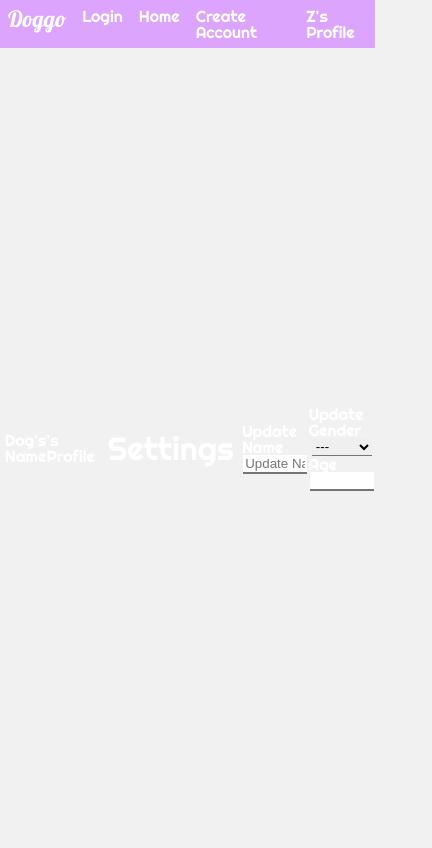
Repository: rh1456/capstone
Page: /5
These files come from the project's save history. The page is drawn as it stood at one moment and after the next save; the edit follows.
The browser window is 375 px wide. The page is 432 px wide, so the pictures cover 432 px, including what lies to the right of the window. The pictures show the whole page.
Some web libraries are served in a nearby version. The project was rebuilt for these pictures with package versions that can differ from the ones it lists, and the page was loaded fresh each time. Also part of the build but not shown: src/pages/MainPage.jsx, src/pages/CreateAccount.jsx, src/pages/DoggoLandingPage.jsx, src/pages/DogProfile.jsx, src/pages/PlayDateForm.jsx.

Above is the page before, as saved 2020-01-11 17:47:49.

### public/index.html
<!DOCTYPE html>
<html lang="en">
  <head>
    <meta charset="utf-8" />
    <link rel="shortcut icon" href="%PUBLIC_URL%/favicon.ico" />
    <meta
      name="viewport"
      content="width=device-width, initial-scale=1, shrink-to-fit=no"
    />
    <meta name="theme-color" content="#000000" />
    <!--
      manifest.json provides metadata used when your web app is added to the
      homescreen on Android. See https://developers.google.com/web/fundamentals/web-app-manifest/
    -->
    <link rel="manifest" href="%PUBLIC_URL%/manifest.json" />
    <!--
      Notice the use of %PUBLIC_URL% in the tags above.
      It will be replaced with the URL of the `public` folder during the build.
      Only files inside the `public` folder can be referenced from the HTML.

      Unlike "/favicon.ico" or "favicon.ico", "%PUBLIC_URL%/favicon.ico" will
      work correctly both with client-side routing and a non-root public URL.
      Learn how to configure a non-root public URL by running `npm run build`.
    -->
    <link
      href="https://fonts.googleapis.com/css?family=Pacifico|Permanent+Marker|Righteous|Roboto&display=swap"
      rel="stylesheet"
    />
    <link
      href="https://fonts.googleapis.com/css?family=Lobster&display=swap"
      rel="stylesheet"
    />
    <script
      src="https://kit.fontawesome.com/d7373701d1.js"
      crossorigin="anonymous"
    ></script>
    <title>Capstone</title>
  </head>
  <body>
    <noscript>
      You need to enable JavaScript to run this app.
    </noscript>
    <div id="root"></div>
    <!--
      This HTML file is a template.
      If you open it directly in the browser, you will see an empty page.

      You can add webfonts, meta tags, or analytics to this file.
      The build step will place the bundled scripts into the <body> tag.

      To begin the development, run `npm start` or `yarn start`.
      To create a production bundle, use `npm run build` or `yarn build`.
    -->
  </body>
</html>

### src/index.js
import React from 'react'
import ReactDOM from 'react-dom'
import './index.css'
// import './styles.scss'
import App from './App'

ReactDOM.render(<App />, document.getElementById('root'))

### src/index.css
@media (min-width: 320px) and (max-width: 480px) {
  :root {
    font: 16px / 1 sans-serif;
  }

  html {
    height: 100%;
  }
  body {
    margin: 0;
    min-height: 100%;
    background-color: #f1f1f1;
    font-family: 'Righteous', cursive;
  }
  .nav-bar-ul {
    display: flex;
    flex-direction: row;
    justify-content: space-between;
    margin: 0;
    height: 3rem;
    background-color: #dca4fc;
    padding: 0;
  }
  .main-nav-li {
    list-style: none;
    padding: 0.5rem;
    color: white;
  }
  .nav-logo {
    font-size: 1.4rem;
    font-family: 'Lobster', cursive;
  }
  .Nav-link {
    color: white;
    text-decoration: none;
  }
  /* Dog profile Stylings */
  .dog-profile-image {
    display: flex;
    justify-content: center;
    /* border-bottom: solid lightgrey; */
  }
  .before-div {
    border: solid black;
    display: block;
    height: 18px;
    border-radius: 50% 50% 0 0;

    bottom: calc(100% - 10px);
    right: -5px;
    left: -5px;
    background-color: blue;
  }
  .profile-image {
    height: 12rem;
    width: 8rem;
    margin: 0;
    border-radius: 8px;
    margin: 0.7rem;
  }
  .profile-about {
    display: flex;
    flex-direction: column;
    height: 5rem;
    font-size: 0.7rem;
  }
  .profile-about h1 {
    align-self: center;
  }
  .profile-about span {
    align-self: center;
    padding: 0.1rem;
  }
  .in-between {
    border-top: solid lightgrey;
    border-bottom: solid lightgrey;
    height: 3rem;
    display: flex;
    justify-content: center;
  }
  .main-about {
    border-bottom: solid lightgrey;
  }
  .profile-logo {
    margin: 0.5rem;
    height: 2rem;
    width: auto;
  }
  .meet {
    display: flex;
    flex-direction: column;
  }
  .meet h1 {
    align-self: center;
  }
  .meet p {
    padding: 1rem;
    font-size: 0.9rem;
    align-self: center;
  }
  .small-pro-pic {
    align-self: center;
    height: 4rem;
    width: auto;
    border: 2px solid black;
    border-radius: 50%;
    margin-top: 0.8rem;
  }
  .match-button {
    align-self: center;
    background-color: purple;
    height: 1.8rem;
    width: 8rem;
    border-radius: 25px;
    border: 3px solid black;
    color: white;
  }
  .playdate-link {
    color: white;
    text-decoration: none;
  }

  /* Dog Landing Stylings */
  .doggo-landing-body {
    margin: 0;
    min-height: 100%;
    background-color: #f1f1f1;
    font-family: 'Righteous', cursive;
  }
  .landing-page-logo {
    display: flex;
    justify-content: center;
    align-content: center;
    flex-direction: column;
  }
  .doggo-logo {
    height: 180px;
    width: 238px;
    align-self: center;
  }
  .doggo-text-section {
    padding-top: 2rem;
    padding-bottom: 2rem;
  }
  .doggo-text {
    display: flex;
    justify-content: center;
    align-content: center;
    font-size: 2rem;
    font-family: 'Lobster', cursive;
  }

  .landing-button {
    display: flex;
    justify-content: center;
    align-content: center;
  }
  .create-account {
    background-color: purple;
    height: 3rem;
    width: 15rem;
    border-radius: 25px;
    border: 3px solid black;
    color: white;
    font-family: 'Roboto', sans-serif;
  }
  .create-account-link {
    color: white;
    text-decoration: none;
    font-style: bold;
  }
  .existing-users {
    display: flex;
    padding-top: 3rem;
    justify-content: center;
    align-content: center;
  }
  /* Create Account Stylings */
  .create-account-div {
    display: flex;
    flex-direction: column;
    font-size: 2rem;
  }
  .submit-account {
    margin-top: 1rem;
    align-self: center;
    background-color: purple;
    height: 1.8rem;
    width: 8rem;
    border-radius: 25px;
    border: 3px solid black;
    color: white;
  }
  .existing-users-link {
    font-style: italic;
    text-decoration: none;
  }

  /* Newsfeed Stylings */
  .h1-container {
    display: flex;
    justify-content: center;
    font-size: 0.8rem;
    color: purple;
    height: 1rem;
    font-family: 'Lobster', cursive;
  }
  .newsfeed-header {
    display: flex;
    flex-direction: row;
    flex-wrap: nowrap;
    align-items: stretch;
    overflow-x: auto;
    overflow-y: hidden;
    border-bottom: solid lightgrey;
    height: 8rem;
  }
  .friend-card {
    border: solid black;
    align-self: center;
    margin: 1rem 3rem;
    padding-left: 0.8rem;
    padding-right: 0.8rem;
    border-radius: 0.5rem;
    flex-basis: 33.33%;
    flex-grow: 0;
    flex-shrink: 0;
    height: 4.7rem;
    /* width: 1rem; */
  }

  .welcome-user-message {
    display: flex;
    justify-content: center;
    font-size: 0.7rem;
    border-bottom: solid lightgrey;
  }
  .newsfeed-parent {
    display: flex;
    /* align-items: center; */
    flex-direction: column;
    margin: 1rem;
  }
  .newsfeed {
    /* align-items: stretch; */
    /* display: flex;
    flex-direction: column;
    flex-wrap: nowrap; */
    /* display: flex;
    justify-content: center; */
    width: 300px;
    height: 500px;
    overflow-y: scroll;
    overflow-x: hidden;
  }
  .card {
    max-width: 33.33%;
    padding: 0.75rem;
    margin-bottom: 2rem;
    border: 0;
    /* flex-basis: 33.33%;
    flex-grow: 0;
    flex-shrink: 0; */
  }
  .newsfeed-nav-ul {
    display: flex;
    flex-direction: row;
    font-size: smaller;
    font-style: italic;
    margin: 0rem;
    height: 2rem;
  }
  .newsfeed-nav-li {
    list-style: none;
    margin: 0;
    padding: 1rem;
  }
  .settings-link {
    text-decoration: none;
    color: black;
  }
  .mapbox {
    align-self: center;
    border: solid black;
    height: 6rem;
    width: 6rem;
  }
  /* Playdate form stylings  */

  .playdate-header {
    display: flex;
    justify-content: center;
    margin: 1.5rem;
  }
  .playdate-main {
    display: flex;
    flex-direction: column;
  }
  .playdate-input {
    align-self: center;
    margin: 0.5rem;
  }
  .form-date-submit-button {
    margin-top: 1rem;
    align-self: center;
    background-color: purple;
    height: 1.8rem;
    width: 8rem;
    border-radius: 25px;
    border: 3px solid black;
    color: white;
  }
  /* //Profile setting styling// */

  *,
  *::after,
  *::before {
    margin: 0;
    padding: 0;
    box-sizing: inherit;
    font-size: 62, 5%;
  }

  .setting-header {
    display: flex;

    padding: 0.3rem;
  }
  .settings-p {
    display: flex;
    padding: 0.5rem;
    font-size: 2rem;
  }
  .profile-settings-container {
    height: 100vh;
    width: 100%;
    display: flex;
    justify-content: center;
    align-items: center;
    height: 100vh;
    color: #fff;
  }
  .update-label {
    font-size: 1.2rem;
    margin-left: 2rem;
    margin-top: 0.7rem;
    display: block;
    transition: all 0.3s;
    transform: translateY(0rem);
  }
  .basic-slide {
    color: #333;
    font-size: 1.2rem;
    margin: 0 auto;
    padding: 1.5rem 2rem;
    border-radius: 0.2rem;
    background-color: rgb(255, 255, 255);
    border: none;
    width: 90%;
    display: block;
    border-bottom: 0.3rem solid transparent;
    transition: all 0.3s;
  }
}

/* End of mobile query  */

:root {
  font: 16px / 1 sans-serif;
}

html {
  height: 100%;
}
body {
  margin: 0;
  min-height: 100%;
  background-color: #f1f1f1;
  font-family: 'Righteous', cursive;
}
.nav-bar-ul {
  display: flex;
  flex-direction: row;
  justify-content: space-between;
  margin: 0;
  height: 3rem;
  background-color: #dca4fc;
  padding: 0;
}
.main-nav-li {
  list-style: none;
  padding: 0.5rem;
  color: white;
}
.nav-logo {
  padding: 0.5rem;
  color: white;
  font-size: 1.4rem;
  font-family: 'Lobster', cursive;
}
.Nav-link {
  color: white;
  text-decoration: none;
}
/* Dog profile Stylings */
.dog-profile-image {
  display: flex;
  justify-content: center;
  /* border-bottom: solid lightgrey; */
}
.before-div {
  border: solid black;
  display: block;
  height: 18px;
  border-radius: 50% 50% 0 0;

  bottom: calc(100% - 10px);
  right: -5px;
  left: -5px;
  background-color: blue;
}
.profile-image {
  height: 12rem;
  width: 8rem;
  margin: 0;
  border-radius: 8px;
  margin: 0.7rem;
}
.profile-about {
  display: flex;
  flex-direction: column;
  height: 5rem;
  font-size: 0.7rem;
}
.profile-about h1 {
  align-self: center;
}
.profile-about span {
  align-self: center;
  padding: 0.1rem;
}
.in-between {
  border-top: solid lightgrey;
  border-bottom: solid lightgrey;
  height: 3rem;
  display: flex;
  justify-content: center;
}
.main-about {
  border-bottom: solid lightgrey;
}
.profile-logo {
  margin: 0.5rem;
  height: 2rem;
  width: auto;
}
.meet {
  display: flex;
  flex-direction: column;
}
.meet h1 {
  align-self: center;
}
.meet p {
  padding: 1rem;
  font-size: 0.9rem;
  align-self: center;
}
.small-pro-pic {
  align-self: center;
  height: 4rem;
  width: auto;
  border: 2px solid black;
  border-radius: 50%;
  margin-top: 0.8rem;
}
.match-button {
  align-self: center;
  background-color: purple;
  height: 1.8rem;
  width: 8rem;
  border-radius: 25px;
  border: 3px solid black;
  color: white;
}

/* Dog Landing Stylings */
.doggo-landing-body {
  margin: 0;
  min-height: 100%;
  background-color: #f1f1f1;
  font-family: 'Righteous', cursive;
}
.landing-page-logo {
  display: flex;
  justify-content: center;
  align-content: center;
  flex-direction: column;
}
.doggo-logo {
  height: 180px;
  width: 238px;
  align-self: center;
}
.doggo-text-section {
  padding-top: 2rem;
  padding-bottom: 2rem;
}
.doggo-text {
  display: flex;
  justify-content: center;
  align-content: center;
  font-size: 2rem;
}

.landing-button {
  display: flex;
  justify-content: center;
  align-content: center;
}
.create-account {
  background-color: purple;
  height: 3rem;
  width: 15rem;
  border-radius: 25px;
  border: 3px solid black;
  color: white;
  font-family: 'Roboto', sans-serif;
}
.existing-users {
  display: flex;
  padding-top: 3rem;
  justify-content: center;
  align-content: center;
}
/* Create Account Stylings */
.create-account-div {
  display: flex;
  flex-direction: column;
  font-size: 2rem;
}
.submit-account {
  margin-top: 1rem;
  align-self: center;
  background-color: purple;
  height: 1.8rem;
  width: 8rem;
  border-radius: 25px;
  border: 3px solid black;
  color: white;
}

/* Newsfeed Stylings */
.h1-container {
  display: flex;
  justify-content: center;
  font-size: 0.8rem;
  color: purple;
  height: 1rem;
  font-family: 'Lobster', cursive;
}
.newsfeed-header {
  display: flex;
  flex-direction: row;
  flex-wrap: nowrap;
  align-items: stretch;
  overflow-x: auto;
  overflow-y: hidden;
  border-bottom: solid lightgrey;
  height: 8rem;
}
.friend-card {
  border: solid black;
  align-self: center;
  margin: 1rem 3rem;
  padding-left: 0.8rem;
  padding-right: 0.8rem;
  border-radius: 0.5rem;
  flex-basis: 33.33%;
  flex-grow: 0;
  flex-shrink: 0;
  height: 4.7rem;
  width: 1rem;
}
/* .feed-head-left-button,
  .feed-head-right-button {
    display: flex;
    justify-content: center;
    align-content: center;
    color: white;
    font-size: 2rem;
    width: 2.5rem;
    margin: 4rem 0rem;
    background-color: purple;
    border: none;
  }
  .feed-head-left-button {
    border-radius: 0rem 1rem 1rem 0rem;
  }
  .feed-head-right-button {
    border-radius: 1rem 0rem 0rem 1rem;
  }  */
.welcome-user-message {
  display: flex;
  justify-content: center;
  font-size: 0.7rem;
  border-bottom: solid lightgrey;
}
.newsfeed-parent {
  display: flex;
  justify-content: center;
  align-content: center;
}
.newsfeed {
  align-items: stretch;
  display: flex;
  flex-direction: column;
  flex-wrap: nowrap;
  display: flex;
  justify-content: center;
  width: 120px;
  height: 400px;
  overflow-y: scroll;
  overflow-x: hidden;
}
.card {
  max-width: 33.33%;
  padding: 0.75rem;
  margin-bottom: 2rem;
  border: 0;
  /* flex-basis: 33.33%;
    flex-grow: 0;
    flex-shrink: 0; */
}

### src/App.jsx
import React from 'react'
import { BrowserRouter as Router, Link, Route, Switch } from 'react-router-dom'
import MainPage from './pages/MainPage'
import DoggoLandingPage from './pages/DoggoLandingPage'
import CreateAccount from './pages/CreateAccount'
import DogProfile from './pages/DogProfile'
import PlayDateForm from './pages/PlayDateForm'
import ProfileSettings from './pages/ProfileSettings'
const App = () => {
  return (
    <Router>
      <header>
        <nav>
          <ul className="nav-bar-ul">
            <li className="nav-logo">Doggo</li>
            <li className="main-nav-li">
              <Link className="Nav-link" to="/">
                Login
              </Link>
            </li>
            <li className="main-nav-li">
              <Link className="Nav-link" to="/1">
                Home
              </Link>
            </li>
            <li className="main-nav-li">
              <Link className="Nav-link" to="/2">
                Create Account
              </Link>
            </li>
            <li className="main-nav-li">
              <Link className="Nav-link" to="/3">
                Z's Profile
              </Link>
            </li>
          </ul>
        </nav>
      </header>
      <Switch>
        <Route exact path="/" component={DoggoLandingPage}></Route>
        <Route exact path="/1" component={MainPage}></Route>
        <Route exact path="/2" component={CreateAccount}></Route>
        <Route path="/3" component={DogProfile}></Route>
        <Route path="/4" component={PlayDateForm}></Route>
        <Route path="/5" component={ProfileSettings}></Route>
      </Switch>
    </Router>
  )
}

export default App

### src/pages/ProfileSettings.jsx
import React from 'react'

const ProfileSettings = () => {
  return (
    <div className="profile-settings-container">
      <header className="setting-header">
        <span>Dog's Name</span>'s Profile
      </header>
      <section className="setings-section">
        <p className="settings-p">Settings</p>
      </section>
      <section className="update-account-details">
        <label htmlFor="dogs-name">Update Name</label>
        <input
          className="basic-slide"
          type="text"
          placeholder="Update Name"
        ></input>
      </section>
      <section className="update-account-details">
        <label htmlFor="gender">Update Gender</label>
        <select className="basic-slide" type="text">
          <option value="">---</option>
          <option value="male">Male</option>
          <option value="female">Female</option>
        </select>
        <section className="update-account-details">
          <label htmlFor="Age">Age</label>
          <input className="basic-slide" input="text"></input>
        </section>
      </section>
    </div>
  )
}

export default ProfileSettings

After the next save:
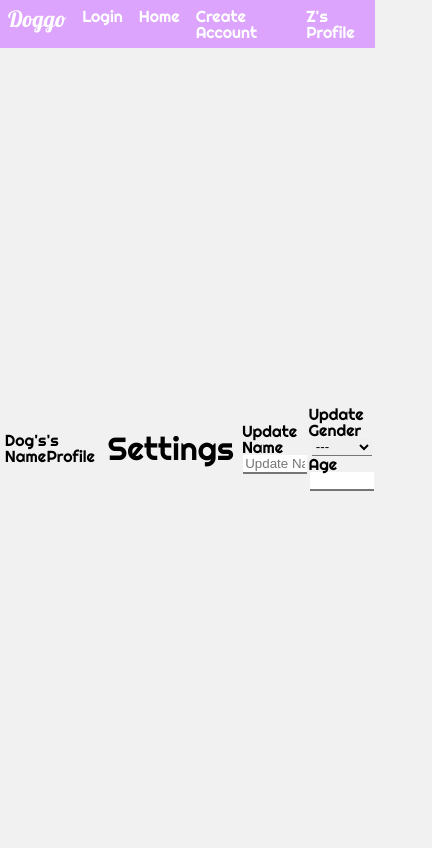
Saved 18 s later.
--- a/src/index.css
+++ b/src/index.css
@@ -338,7 +338,7 @@
     justify-content: center;
     align-items: center;
     height: 100vh;
-    color: #fff;
+    color: black;
   }
   .update-label {
     font-size: 1.2rem;
